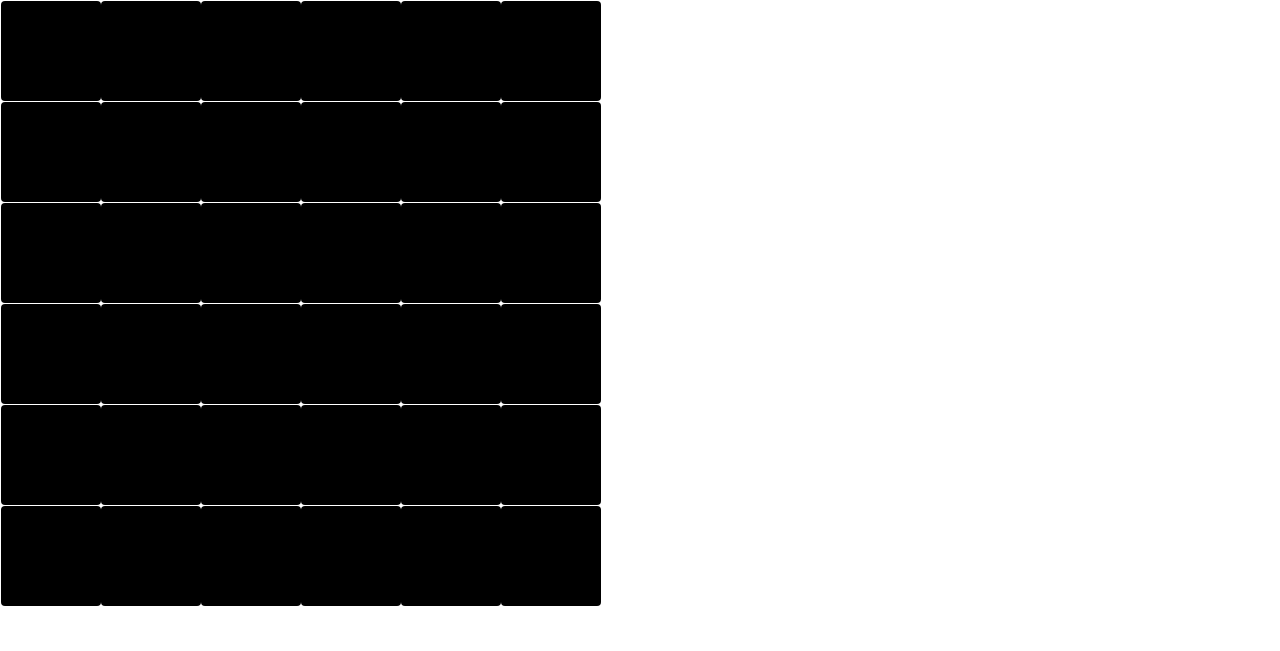
Repository: Lytecyde/emomemo
Page: html/index.html
The author's editor kept a copy of each file at every save. The page is drawn from the files as they stood at one save, then again after the next save.
The browser window is 1280 px wide. The pictures show the whole page.

Above is the page before, as saved 2020-03-31 09:19:18.

### html/index.html
<!DOCTYPE html>
<html lang="en">
<head>
    <meta charset="utf-8">
    <meta name="viewport" content="width=device-width, initial-scale=1.0">
    <link rel="stylesheet" type="text/css" href="../css/style.css">
    <script type="text/javascript" src="../js/data.js"></script>
    <script type="text/javascript" src="../js/game.js"></script>
</head>
<body onload="game.onload();">
<div id="table">

</div>



</body>
</html>

### css/style.css
#table {
    position: ;
    width: 700px;
    height: 600px;
    margin: auto;
    margin-left: 350px;
    text-align: center;
}

#column {
    position: relative;
}

.card-flip {
    position: relative;
    background-color: aqua;
    width: 100px;
    height: 100px;
    margin: 1px;
    border-color: aqua;
    border-radius: 4px;
}

.card {
    position: relative;
    background: #000;
    font-size: 80px;
    color:white;
    width: 100px;
    height: 100px;
    margin: 1px;
    border-color: aqua;
    border-radius: 4px;
}

#c0 {
    position: fixed;
    top: 0px;
    left: 0px;
    width: 100px;
    height: 600px;
}

#c1 {
    position: fixed;
    top: 0px;
    left: 100px;
    width: 100px;
    height: 600px;
}

#c2 {
    position: fixed;
    top: 0px;
    left: 200px;
    width: 100px;
    height: 600px;
}
#c3 {
    position: fixed;
    top: 0px;
    left: 300px;
    width: 100px;
    height: 600px;
}

#c4 {
    position: fixed;
    top: 0px;
    left: 400px;
    width: 100px;
    height: 600px;
}

#c5 {
    position: fixed;
    top: 0px;
    left: 500px;
    width: 100px;
    height: 600px;
}

#c6 {
    position: fixed;
    top: 0px;
    left: 600pc;
    width: 100px;
    height: 600px;
}

### js/data.js
var data = {
    listOfEmoji: [
        "😯","😲",
        "🤪","🤩",
        "😌","😁",
        "😃","😃",
        "️️☺","😉",
        "😌","😍",
        "😪","😴",
        "😇","🤗",
        "😐","😑"
    ],
    doubleListOfEmoji: [
        "😯","😲",
        "🤪","🤩",
        "😌","😁",
        "😃","😆",
        "️️☺","😉",
        "🤣","😍",
        "😪","😴",
        "😇","🤗",
        "😐","😑",

        "😯","😲",
        "🤪","🤩",
        "😌","😁",
        "😃","😆",
        "️️☺","😉",
        "🤣","😍",
        "😪","😴",
        "😇","🤗",
        "😐","😑"
    ],
    maxColumns: 6,
    maxRows: 6

}

### js/game.js
/*jslint
    browser: true
*/
/*global window,console,document,data*/

var game = {
    ids: [[]],
    isFlippedArray: [[]],
    NO_EFFECT_ONCLICK: 1,
    ONCLICK: 2,
    status: 2,
    timeForCheckStart: 0,
    nowTime: 0,
    emojiArray: [],
    firstEmojiCard: "",
    secondEmojiCard: "",
    matchedCardsList: []
}

game.twoDimensionalArray = function () {
    var arr = [];
    while (arr.length < 6) {
        arr.push([]);
    }
    return arr;
};

game.createIsFlippedArray = function () {
    game.isFlippedArray = game.twoDimensionalArray();
    for (let x = 0; x < 6; x++) {
        for (let y = 0; y < 6; y++) {
            game.isFlippedArray[x][y] = false;
        }
    }
};

game.onload = function () {
    game.emojiArray = game.shuffle(data.doubleListOfEmoji);
    console.log(game.emojiArray);

    game.createIsFlippedArray();
    game.createTable();
};

game.shuffle = function(array) {
    var currentIndex = array.length;
    var temporaryValue;
    var randomIndex;

    while (0 !== currentIndex) {
        randomIndex = Math.floor(Math.random() * currentIndex);
        currentIndex -= 1;
        temporaryValue = array[currentIndex];
        array[currentIndex] = array[randomIndex];
        array[randomIndex] = temporaryValue;
    }

    return array;
};

game.DIVcard = function (x, y) {
    var card = document.createElement("div");
    var id =  game.ids[x][y];
    card.id = id;
    card.className = "card";
    card.addEventListener('click', () => game.flip(id));
    return card;
};

game.createTable = function () {
    game.makeIDsForGameTable();
    var tableDIV = document.getElementById("table");

    for (let x = 0; x < data.maxColumns; x++) {
        var column = document.createElement("div");
        column.classNamed = "column";
        column.id = "c" + x;
        tableDIV.appendChild(column);
        for (let y = 0; y < data.maxRows; y++) {
            var card = game.DIVcard(x, y);
            column.appendChild(card);
        }
    }
};

game.makeIDsForGameTable = function () {
    game.ids = game.twoDimensionalArray();
    for (let x = 0; x < data.maxColumns; x++) {
        for (let y = 0; y < data.maxRows; y++) {
            game.ids[x][y] = "x" + x + "y" + y;
        }
    }
};

game.flip = function (id) {
    var x = 0;
    var y = 0;
    console.log(id);
    x = (id).substring(1, 2);
    y = (id).substring(3, 4);
    if (!game.isFlippedArray[x][y]) {
        if(game.onFirstFlip(x, y)) {
            return;
        }
        game.onSecondFlip(x, y);
        return;
    }

    e.target.style = "background: black";
    game.isFlippedArray[x][y] = false;

};

game.onFirstFlip = function (x, y) {
    if (game.countFlipped() === 0) {
        console.log("first click" + game.emojiArray[game.cardIndex(x, y)]);
        game.turnDownAll();
        game.createIsFlippedArray();
        game.showFlipped();
        game.timeForCheckStart = new Date().getTime();
        game.isFlippedArray[x][y] = true;
        game.showEmoji(x,y);
        game.firstEmojiCard = game.emojiArray[game.cardIndex(x,y)];
        game.showFlipped();
        game.showMatches();
        return true;
    }
    return false;
};

game.onSecondFlip = async function (x, y) {
    if (game.countFlipped() === 1) {
        console.log("second click" + game.emojiArray[game.cardIndex(x,y)]);
        game.isFlippedArray[x][y] = true;
        console.log(game.isFlippedArray);
        game.showEmoji(x,y);

        var n = document.getElementById("x" + x + "y" + y);
        n.style = "background: aqua";
        var duration = (new Date().getTime()) - game.timeForCheckStart;
        console.log("found in " + duration);
        game.secondEmojiCard = game.emojiArray[game.cardIndex(x,y)];
        if(!game.isBothCardsMatch()) {
            await sleep(3800);
        }

        game.checkBoth();
        game.hideAllEmoji();
        game.resetTable();
        game.showFlipped();
        game.showMatches();
    }
}

game.isBothCardsMatch = function(){
    return game.firstEmojiCard === game.secondEmojiCard;
}

game.isOneofPIMPOM =  function (emo) {
    const statement = (element) => element === emo;
    if(game.matchedCardsList.some(statement)){
        return true;
    };

    return false;
};

game.showMatches = function(){
    for (let x = 0; x < data.maxColumns; x++) {
        for (let y = 0; y < data.maxRows; y++) {
            var currentEmo = game.emojiArray[game.cardIndex(x, y)];
            console.log("currentemo:" + currentEmo);
            if(game.isOneofPIMPOM(currentEmo)) {
                document.getElementById("x" + x + "y" + y).innerHTML =
                currentEmo;
            }
        }
    }
}

game.checkBoth = function () {
    console.log("checked:");
    if(game.isBothCardsMatch()) {
        game.matchedCardsList.push(game.firstEmojiCard);
        console.log("PIMPOM you got two matching cards!");
    }
};

game.cardIndex = function (x0, y0) {
    var n = 0;
    for (let x = 0; x < data.maxColumns; x++) {
        for (let y = 0; y < data.maxRows; y++) {
            if(x == x0 && y == y0){
                return n;
            }
            n++;
        }
    }
    return 0;
};

game.showEmoji = function (x, y) {
    var cardIndex = game.cardIndex(x, y);
    console.log(cardIndex + " " + x + " " + y);
    document.getElementById("x" + x + "y" +y).innerHTML =
    game.emojiArray[cardIndex];
}

game.showAllEmoji = function () {
    for (let x = 0; x < 6; x++) {
        for (let y = 0; y < 6; y++) {
            game.showEmoji(x,y);
        }
    }
};

game.hideAllEmoji = function() {
    for (let x = 0; x < 6; x++) {
        for (let y = 0; y < 6; y++) {
            document.getElementById("x" + x + "y" +y).innerHTML = "";
        }
    }
};

game.flipCheck = function (x, y) {
    return game.isFlippedArray[x][y] &&
    x < data.maxColumns &&
    y < data.maxRows;
};

game.flipIt = function (x, y) {
    if (game.flipCheck(x, y)) {
        document.getElementById("x" + x + "y" + y).style = "background: aqua";
        return;
    }
    document.getElementById(id).style = "background: black";
};

game.unflipIt = function (x, y) {
    if (! game.flipCheck(x, y)) {
        var id = "x" + x + "y" + y;
        document.getElementById(id).style = "background: black";
        return;
    }
    document.getElementById("x" + x + "y" + y).style = "background: aqua";
};

game.resetTable = function () {
    game.createIsFlippedArray();
    game.unflipAll();
};

game.unflipAll = function () {
    for (let x = 0; x < 6; x++) {
        for (let y = 0; y < 6; y++) {
            game.unflipIt(x, y);
        }
    }
};

game.turnDownAll = function () {
    for (let x = 0; x < data.maxColumns; x++) {
        for (let y = 0; y < data.maxRows; y++) {
            var id = "x" + x + "y" + y;
            document.getElementById(id).style = "background: black";
        }
    }
};

game.setAquaWhenFlipped = function (x, y) {
    if(game.isFlippedArray[x][y]) {
        var id = "x" + x + "y" + y;
        document.getElementById(id).style = "background: aqua";
    }
};

game.showFlipped = function () {
    for (let x = 0; x < data.maxColumns; x++) {
        for (let y = 0; y < data.maxRows; y++) {
            game.setAquaWhenFlipped(x, y);
        }
    }
};

game.countFlipped = function () {
    var count = 0;
    var all = game.joinArray();
    var flipped = all.filter(f => {
        if (f === true) { return "flipped" };
    });
    count = flipped.length;
    return count;
}

game.checkFlips = function () {
    game.createIsFlippedArray();
    game.unflipAll();
    game.status = game.ONCLICK;
};

game.joinArray = function () {
    var allFlips = [];
    this.isFlippedArray.forEach(function (flip) {
        allFlips = allFlips.concat(flip);
    });
    console.log(allFlips);
    return allFlips;
}



var sleep = function (ms) {
    return new Promise(resolve => setTimeout(resolve, ms));
}

After the next save:
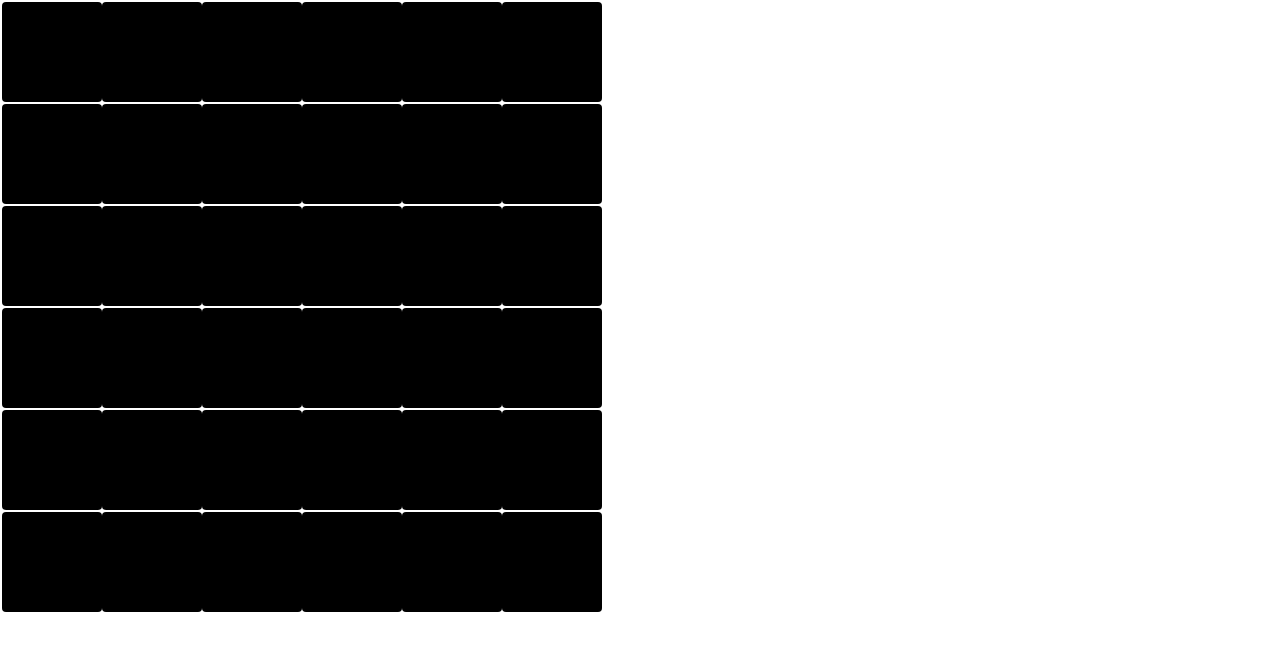
Saved 88 s later.
--- a/css/style.css
+++ b/css/style.css
@@ -16,7 +16,7 @@
     background-color: aqua;
     width: 100px;
     height: 100px;
-    margin: 1px;
+    margin: 2px;
     border-color: aqua;
     border-radius: 4px;
 }
@@ -28,7 +28,7 @@
     color:white;
     width: 100px;
     height: 100px;
-    margin: 1px;
+    margin: 2px;
     border-color: aqua;
     border-radius: 4px;
 }

After the save that followed:
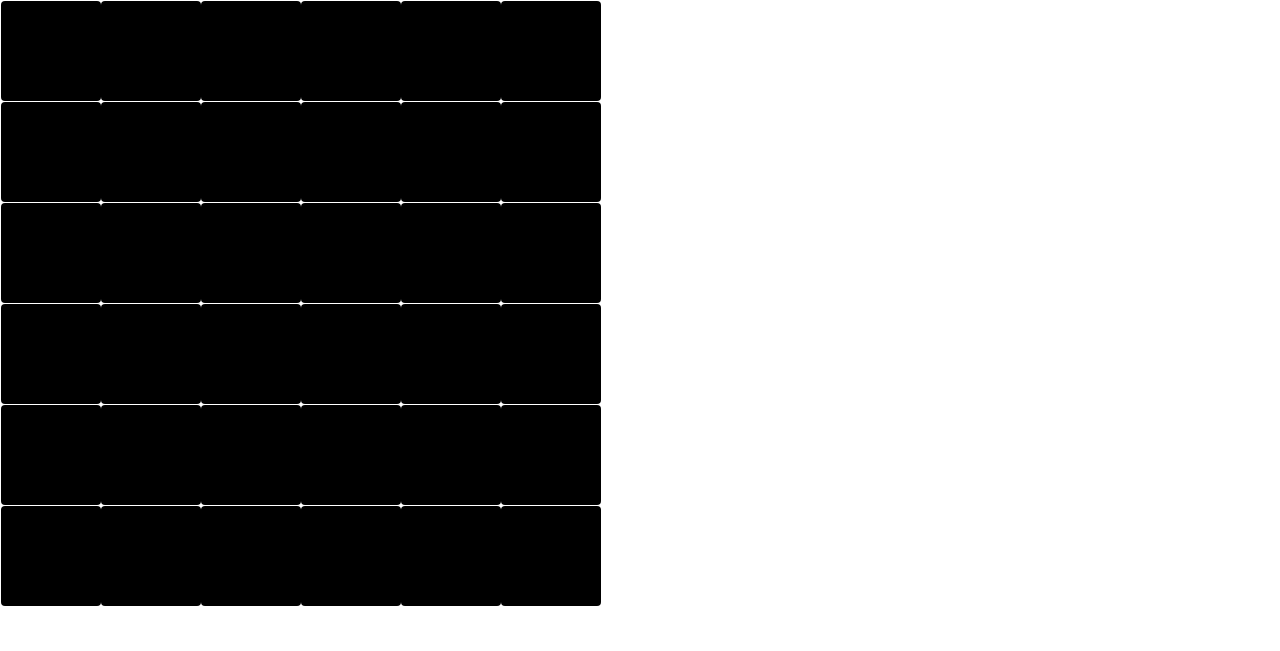
Saved 41 s later.
--- a/css/style.css
+++ b/css/style.css
@@ -16,7 +16,7 @@
     background-color: aqua;
     width: 100px;
     height: 100px;
-    margin: 2px;
+    margin: 1px;
     border-color: aqua;
     border-radius: 4px;
 }
@@ -28,7 +28,7 @@
     color:white;
     width: 100px;
     height: 100px;
-    margin: 2px;
+    margin: 1px;
     border-color: aqua;
     border-radius: 4px;
 }
